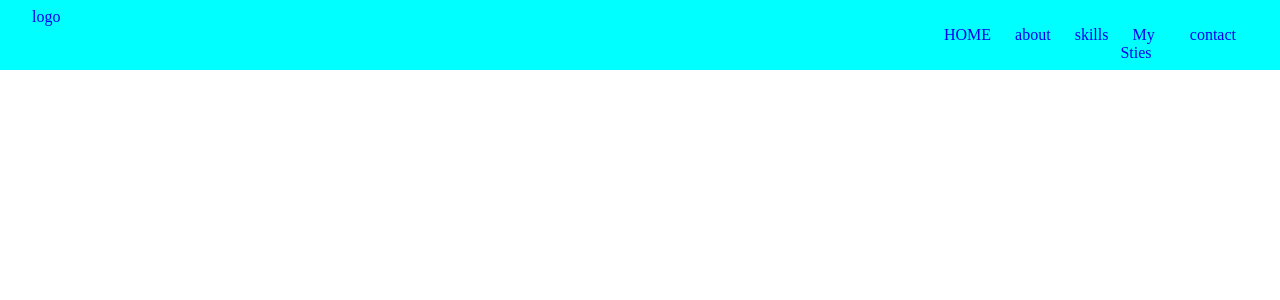
Repository: jun01270/jun
Page: index.html
An editor plug-in stored every save of this project. The page is shown before and after the next save, followed by the edit.
The browser window is 1280 px wide. The pictures show the whole page.

Above is the page before, as saved 2023-05-08 15:36:00.

After the next save:
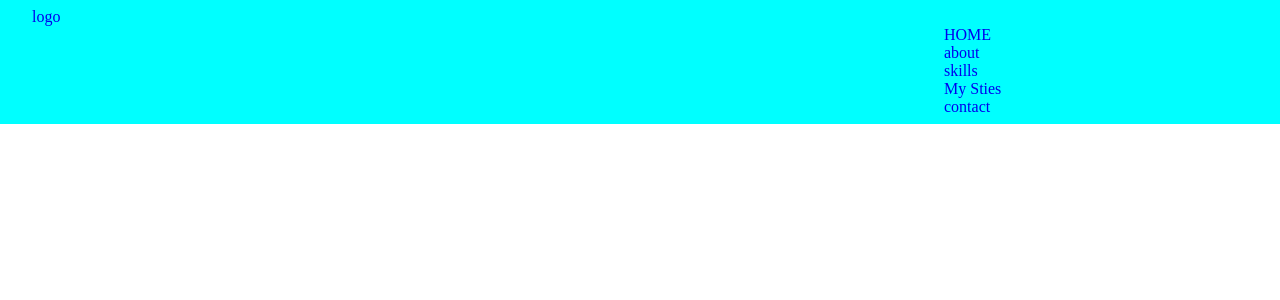
Saved 39 s later.
--- a/main.css
+++ b/main.css
@@ -30,7 +30,6 @@
 .logo{
     padding-right:900px;
     display:inline-block;
-    font-weight: 200px;
 }
 
 
@@ -38,6 +37,7 @@
     display: flex;
     list-style: none;
     padding-left:900px;
+    display:inline-block;
 }
 
 .menu-btn{

After the save that followed:
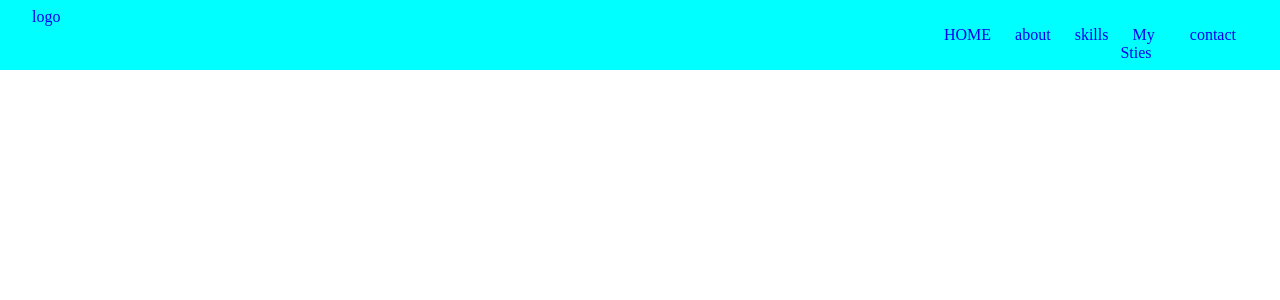
Saved 4 s later.
--- a/main.css
+++ b/main.css
@@ -37,7 +37,6 @@
     display: flex;
     list-style: none;
     padding-left:900px;
-    display:inline-block;
 }
 
 .menu-btn{
